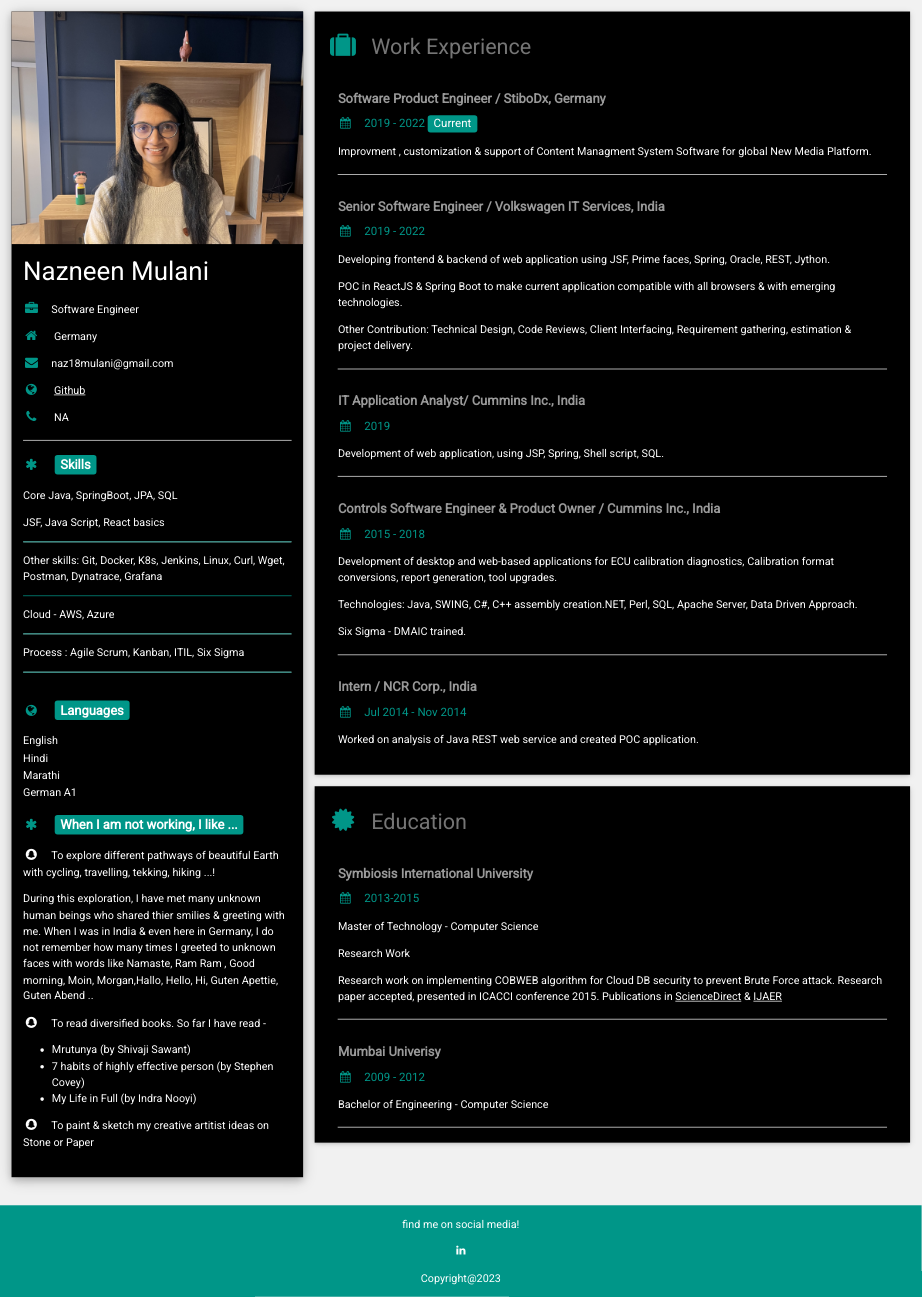
Repository: nazneenprojects/nazneen.github.io
Page: index.html
These files come from the project's save history. The page is drawn as it stood at one moment and after the next save; the edit follows.
The browser window is 1280 px wide. The pictures show the whole page, at 72% of full size.

Above is the page before, as saved 2023-07-09 12:32:08.

After the next save:
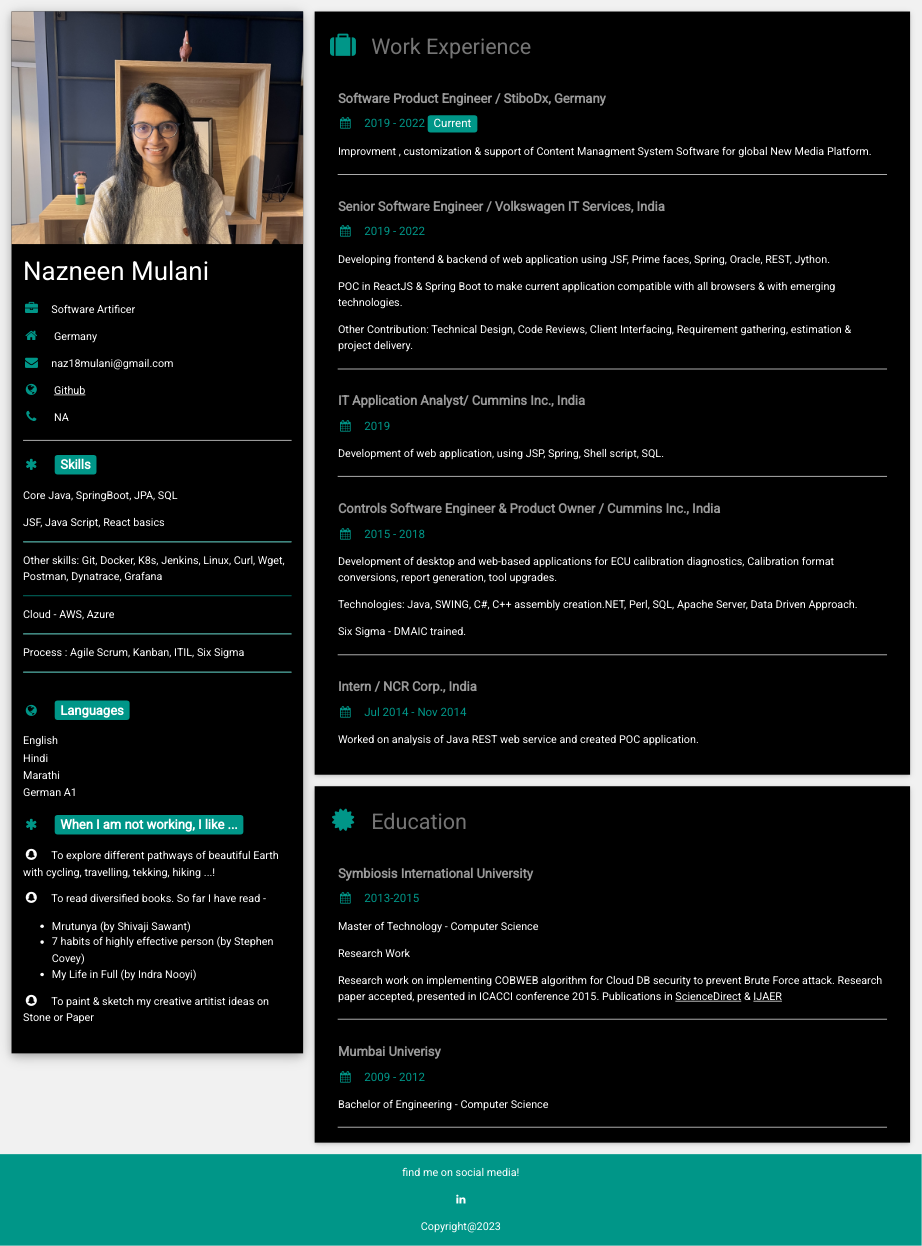
Saved 104 s later.
--- a/index.html
+++ b/index.html
@@ -28,7 +28,7 @@
         </div>
         <div class="w3-container">
           <h1>Nazneen Mulani</h1>
-          <p><i class="fa fa-briefcase fa-fw w3-margin-right w3-large w3-text-teal"></i>Software Engineer</p>
+          <p><i class="fa fa-briefcase fa-fw w3-margin-right w3-large w3-text-teal"></i>Software Artificer</p>
           <p><i class="fa fa-home fa-fw w3-margin-right w3-large w3-text-teal"></i> Germany </p>
           <p><i class="fa fa-envelope fa-fw w3-margin-right w3-large w3-text-teal"></i>naz18mulani@gmail.com</p>
           <p><i class="fa fa-globe fa-fw w3-margin-right w3-large w3-text-teal"></i>
@@ -82,7 +82,6 @@
 
           <p class="w3-large"><b><i class="fa fa-asterisk fa-fw w3-margin-right w3-text-teal"></i> <span class="w3-tag w3-teal w3-round">When I am not working, I like ...</span></b></p>
           <p><i class="fa fa-snapchat fa-fw w3-margin-right w3-large w3-text-white"></i>To explore different pathways of beautiful Earth with cycling, travelling, tekking, hiking ...!  </p>
-          <p>During this exploration, I have met many unknown human beings who shared thier smilies & greeting with me. When I was in India & even here in Germany, I do not remember how many times I greeted to unknown faces with words like Namaste, Ram Ram , Good morning, Moin, Morgan,Hallo, Hello, Hi, Guten Apettie, Guten Abend .. </p>
           <div>
             <p><i class="fa fa-snapchat fa-fw w3-margin-right w3-large w3-text-white"></i>To read diversified books. So far I have read - </p>
             <ul>
